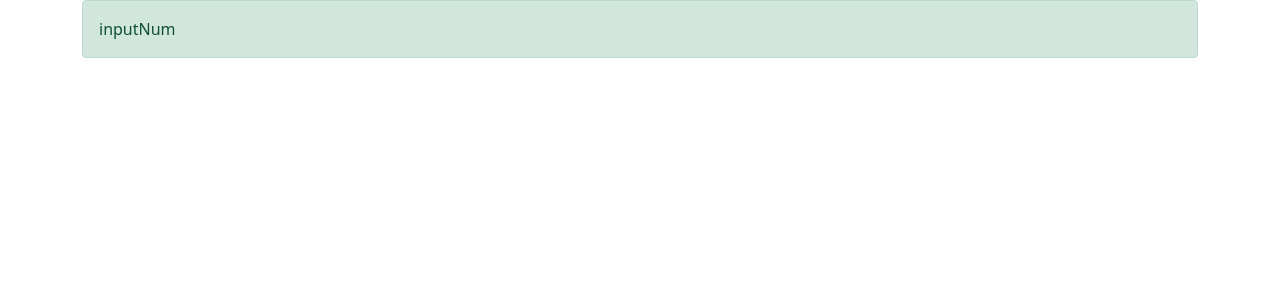
Repository: qkhanh1104k/Js-buoi7-8
Page: index.html
The author's editor kept a copy of each file at every save. The page is drawn from the files as they stood at one save, then again after the next save.
The browser window is 1280 px wide. The pictures show the whole page.
Empty fields were first filled with sample values (such as "Sample", 5 or name@example.com).
After loading, the first visible `button.btn` was clicked once.

Above is the page before, as saved 2022-07-26 18:59:32.

After the next save:
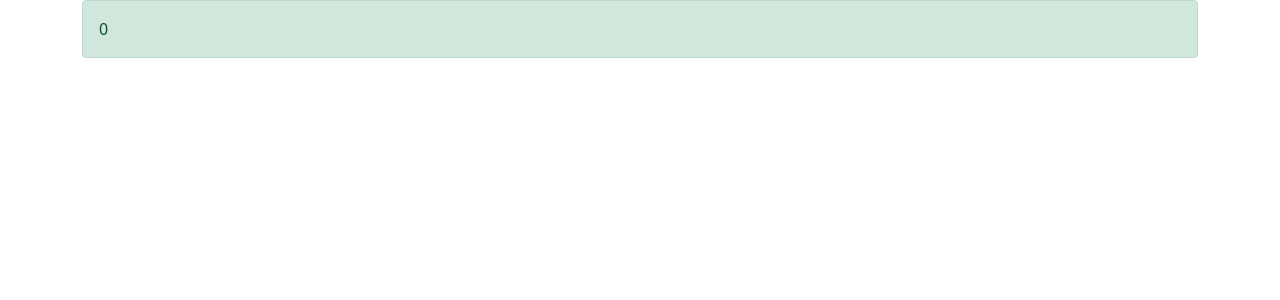
Saved 9 min 33 s later.
--- a/index.js
+++ b/index.js
@@ -1,6 +1,7 @@
 var txtNum = [ ];
 var inputNum = document.getElementById("txtNum").value*1
-function addNum(){
-    txtNum.push("inputNum").value;
+function addNum(arr){
+
+    txtNum.push(inputNum);
     document.getElementById("resultBt1").innerHTML = txtNum;
 }
